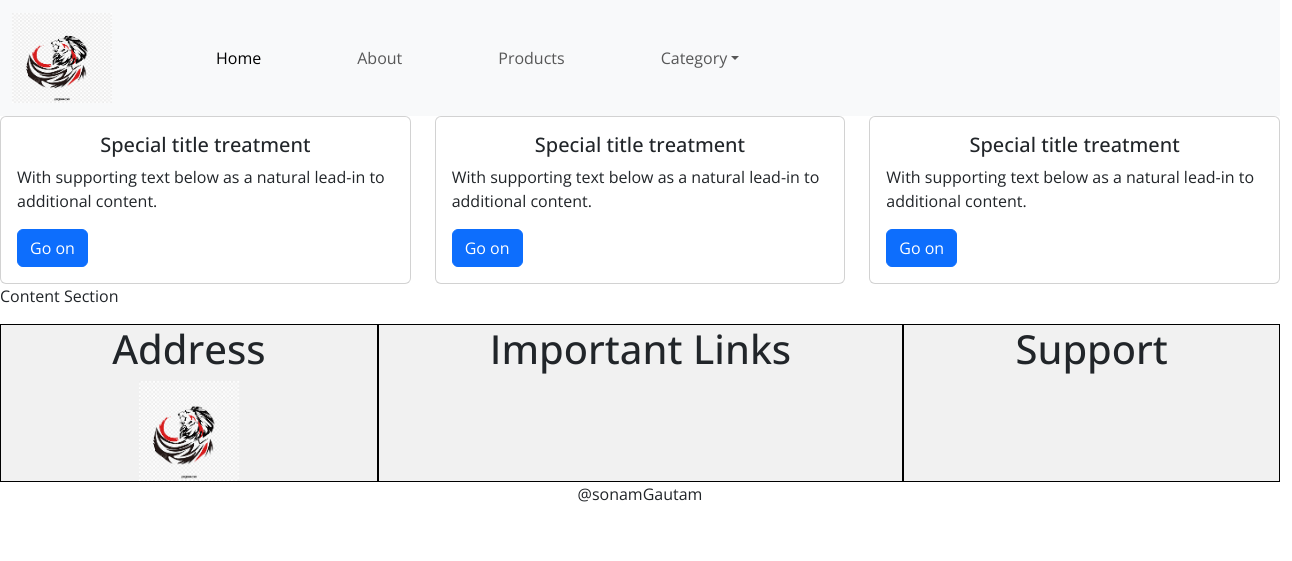
Repository: gautamsonam011/e-commerce-react-web
Page: /
These files come from the project's save history. The page is drawn as it stood at one moment and after the next save; the edit follows.
The browser window is 1280 px wide. The page is 1292 px wide, so the pictures cover 1292 px, including what lies to the right of the window. The pictures show the whole page.
The project was rebuilt for these pictures with package versions that can differ from the ones it lists, and the page was loaded fresh each time. Also part of the build but not shown: src/App.css.

Above is the page before, as saved 2025-03-11 13:10:09.

### public/index.html
<!DOCTYPE html>
<html lang="en">
  <head>
    <meta charset="utf-8" />
    <link rel="icon" href="%PUBLIC_URL%/logo.png" />
    <meta name="viewport" content="width=device-width, initial-scale=1" />
    <meta name="theme-color" content="#000000" />
    <meta
      name="description"
      content="Web site created using create-react-app"
    />
    <link rel="apple-touch-icon" href="%PUBLIC_URL%/logo.png" />
    <link rel="manifest" href="%PUBLIC_URL%/manifest.json" />
    <link href="https://cdn.jsdelivr.net/npm/bootstrap@5.3.3/dist/css/bootstrap.min.css" rel="stylesheet" integrity="sha384-QWTKZyjpPEjISv5WaRU9OFeRpok6YctnYmDr5pNlyT2bRjXh0JMhjY6hW+ALEwIH" crossorigin="anonymous">
    <link rel="preconnect" href="https://fonts.googleapis.com">
<link rel="preconnect" href="https://fonts.gstatic.com" crossorigin>
<link href="https://fonts.googleapis.com/css2?family=Merriweather:ital,wght@0,300;0,400;0,700;0,900;1,300;1,400;1,700;1,900&family=Mulish:ital,wght@0,200..1000;1,200..1000&family=Open+Sans:ital,wght@0,300..800;1,300..800&family=Roboto:ital,wght@0,100..900;1,100..900&display=swap" rel="stylesheet">
    <title>React App</title>
  </head>
  <body>
    <noscript>You need to enable JavaScript to run this app.</noscript>
    <div id="root"></div>
    <script src="https://cdn.jsdelivr.net/npm/bootstrap@5.3.3/dist/js/bootstrap.bundle.min.js" integrity="sha384-YvpcrYf0tY3lHB60NNkmXc5s9fDVZLESaAA55NDzOxhy9GkcIdslK1eN7N6jIeHz" crossorigin="anonymous"></script>
  </body>
</html>

### src/App.js
import './App.css';
import { BrowserRouter } from 'react-router-dom';
import Navbar from './components/Navbar';
import Footer from './components/Footer';
import Cards from "./Pages/Cards/Cards";

function App() {
  return (
    <BrowserRouter>
    <Navbar/>
    <Cards/>
    <p>Content Section</p>
    <Footer/>
    </BrowserRouter>
  );
}

export default App;

### src/components/Navbar.jsx
import React from 'react'
import logo from "../Images/logo.png";
import "./Navbar.css";

function Navbar() {
    return (
        <div>
            <nav className="navbar navbar-expand-lg bg-body-tertiary">
                <div className="container-fluid">
                    <img src={logo} className="navbar-brand"/>
                    <button className="navbar-toggler" type="button" data-bs-toggle="collapse" data-bs-target="#navbarNavDropdown" aria-controls="navbarNavDropdown" aria-expanded="false" aria-label="Toggle navigation">
                        <span className="navbar-toggler-icon"></span>
                    </button>
                    <div className="collapse navbar-collapse" id="navbarNavDropdown">
                        <ul className="navbar-nav">
                            <li className="nav-item">
                                <a className="nav-link active" aria-current="page" href="#">Home</a>
                            </li>
                            <li className="nav-item">
                                <a className="nav-link" href="#">About</a>
                            </li>
                            <li className="nav-item">
                                <a className="nav-link" href="#">Products</a>
                            </li>
                            <li className="nav-item dropdown">
                                <a className="nav-link dropdown-toggle" href="#" role="button" data-bs-toggle="dropdown" aria-expanded="false">
                                    Category
                                </a>
                                <ul className="dropdown-menu">
                                    <li><a className="dropdown-item" href="#">Women's Products</a></li>
                                    <li><a className="dropdown-item" href="#">Kid's Products</a></li>
                                    <li><a className="dropdown-item" href="#">Men's Products</a></li>
                                </ul>
                            </li>
                        </ul>
                    </div>
                </div>
            </nav>
        </div>
    )
}

export default Navbar

### src/components/Footer.jsx
import React from 'react'
import "./Navbar.css";
import logo from "../Images/logo.png";

function Footer() {
  return (
    <div className='footer-bg'>
      <div className='footer-container'>
        <div className='column'>
          <h1>Address</h1>
          <img src={logo} />
        </div>
        <div className='column'>
          <h1>Important Links</h1>
        </div>
        <div className='column'>
          <h1>Support</h1>
        </div>
      </div>
      <div className="footer">
        <p>@sonamGautam</p>
      </div>
    </div>
  )
}

export default Footer

### src/Pages/Cards/Cards.jsx
import React from 'react'
import "./Cards.css";

function Cards() {
    return (
        <div className="row">
            <div className="col-sm-4 mb-3 mb-sm-0">
                <div className="card">
                    <div className="card-body">
                        <h5 className="card-title">Special title treatment</h5>
                        <p className="card-text">With supporting text below as a natural lead-in to additional content.</p>
                        <a href="#" className="btn btn-primary">Go on</a>
                    </div>
                </div>
            </div>
            <div className="col-sm-4 mb-3 mb-sm-0">
                <div className="card">
                    <div className="card-body">
                        <h5 className="card-title">Special title treatment</h5>
                        <p className="card-text">With supporting text below as a natural lead-in to additional content.</p>
                        <a href="#" className="btn btn-primary">Go on</a>
                    </div>
                </div>
            </div>
            <div className="col-sm-4">
                <div className="card">
                    <div className="card-body">
                        <h5 className="card-title">Special title treatment</h5>
                        <p className="card-text">With supporting text below as a natural lead-in to additional content.</p>
                        <a href="#" className="btn btn-primary">Go on</a>
                    </div>
                </div>
            </div>
        </div>
    )
}

export default Cards

### src/components/Navbar.css
*{
    padding: 0;
    margin: 0;
    box-sizing: border-box;
    font-family: "Open Sans", sans-serif;
}

.navbar-brand{
    width:100px;
    height: 100px;
}

.navbar-nav .nav-item{
    margin-left: 80px;
}

.footer-container{
    display: grid;
    grid-template-columns: auto auto auto;
}

.column{
    background-color: #f1f1f1;
    border: 1px solid black;
    font-size: 30px;
    text-align: center;
}
.column h1{
    font-family: "Open Sans", sans-serif;
}
.footer{
    display: grid;
}
.column img{
    width:100px;
    height: 100px;
}
.footer p{
    text-align: center;
    font-family: "Open Sans", sans-serif;
}

### src/Pages/Cards/Cards.css
.card-title{
    text-align: center;
}

Loaded but not shown: src/index.js (common file); src/index.css (common file); src/reportWebVitals.js (common file)

After the next save:
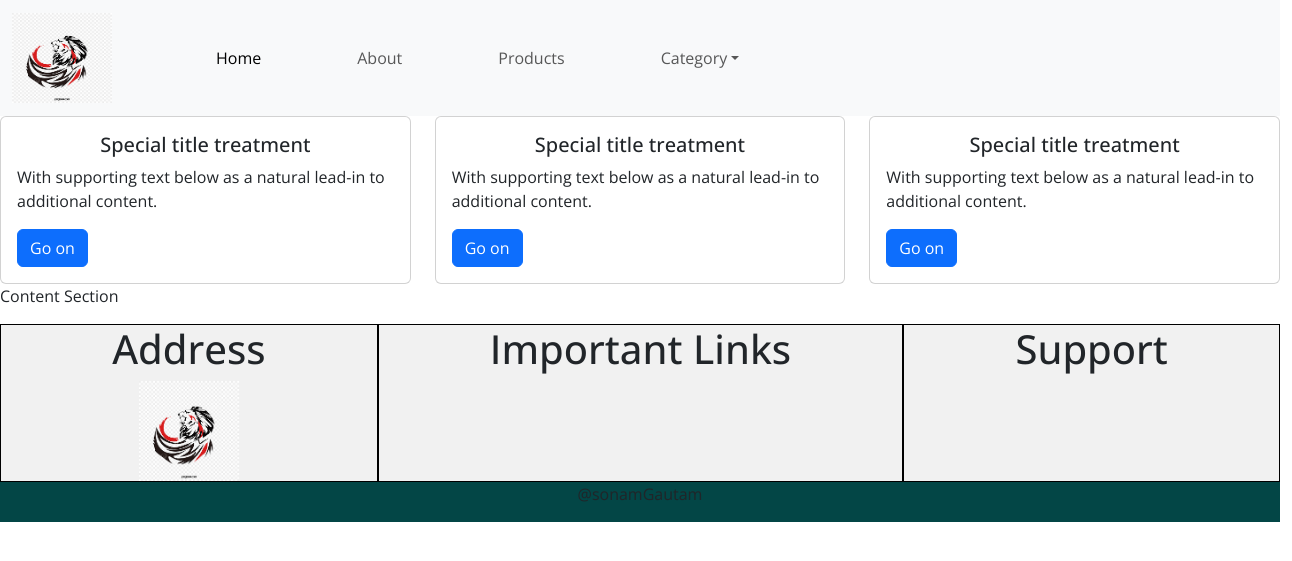
Saved 38 s later.
--- a/src/components/Navbar.css
+++ b/src/components/Navbar.css
@@ -37,5 +37,8 @@
 }
 .footer p{
     text-align: center;
+}
+.footer-bg{
+    background-color: rgb(3, 70, 70);
     font-family: "Open Sans", sans-serif;
 }
